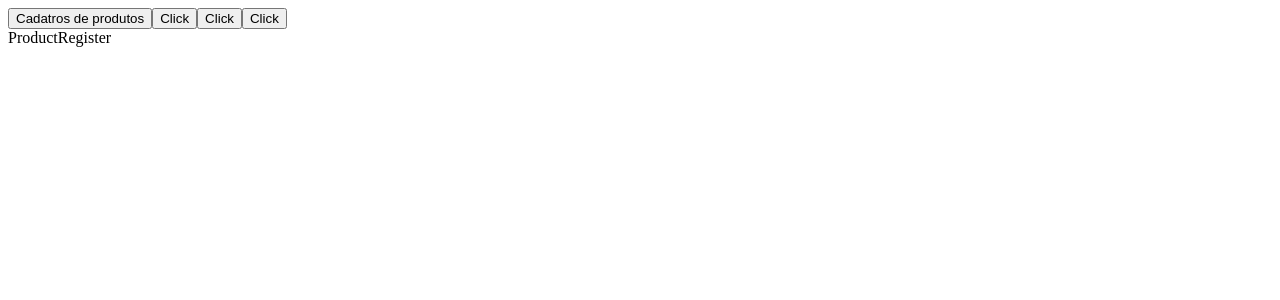
Repository: KennedyWanderson/crud-web
Page: /
The author's editor kept a copy of each file at every save. The page is drawn from the files as they stood at one save, then again after the next save.
The browser window is 1280 px wide. The pictures show the whole page.
The project was rebuilt for these pictures with package versions that can differ from the ones it lists, and the page was loaded fresh each time. Also part of the build but not shown: src/Components/ProductList.js, src/Components/CategoryRegister.js, src/Components/CategotyList.js.

Above is the page before, as saved 2023-11-15 14:26:59.

After the next save:
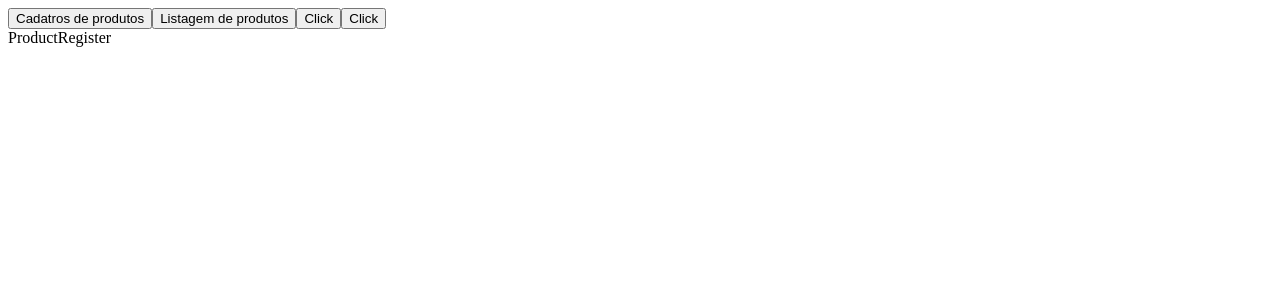
Saved 8 s later.
--- a/src/App.js
+++ b/src/App.js
@@ -23,7 +23,7 @@ function selectComponent(){
   return (
     <div>
       <button onClick={() => {setVisible(1)}}>Cadatros de produtos</button>
-      <button onClick={() => {setVisible(2)}}>Click</button>
+      <button onClick={() => {setVisible(2)}}>Listagem de produtos</button>
       <button onClick={() => {setVisible(3)}}>Click</button>
       <button onClick={() => {setVisible(4)}}>Click</button>
       {selectComponent()}
